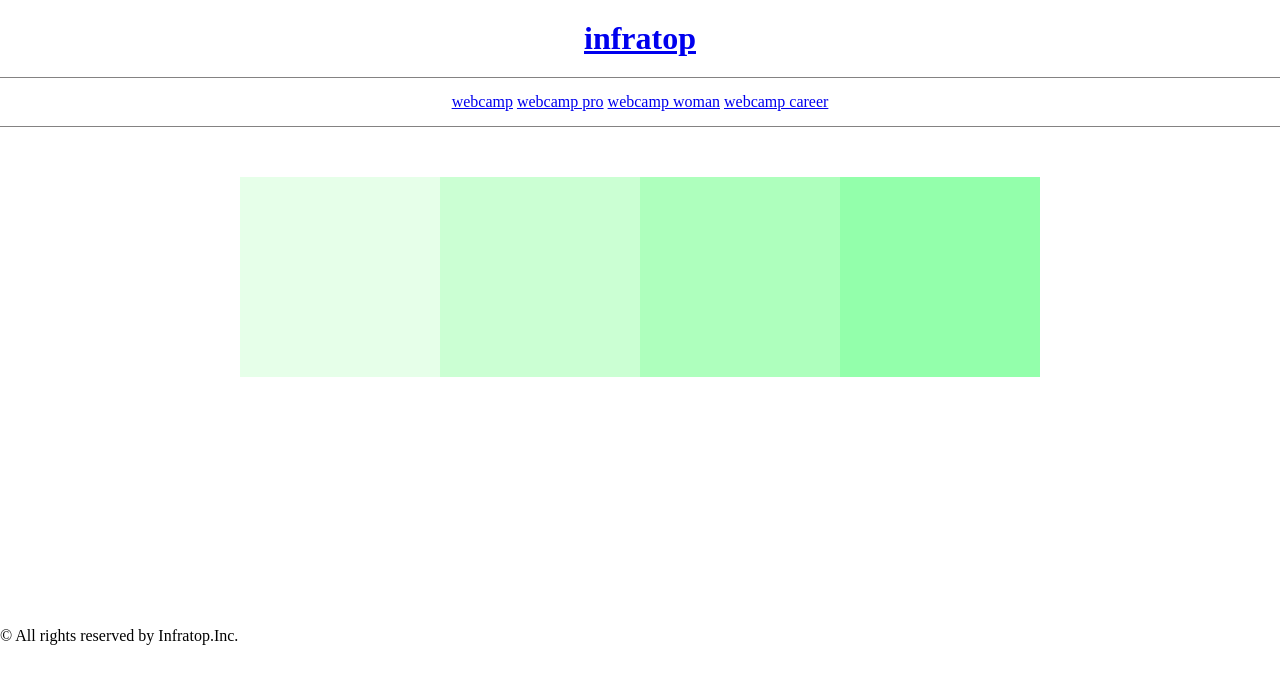
Repository: katayama-Web/html-practice
Page: chapter5_exsersize/chapter5_exesersize.html
The author's editor kept a record of every edit. The page is drawn from the files as they stood at one moment, then again after the next edit.
The browser window is 1280 px wide. The pictures show the whole page.

Above is the page before.

After the next edit:
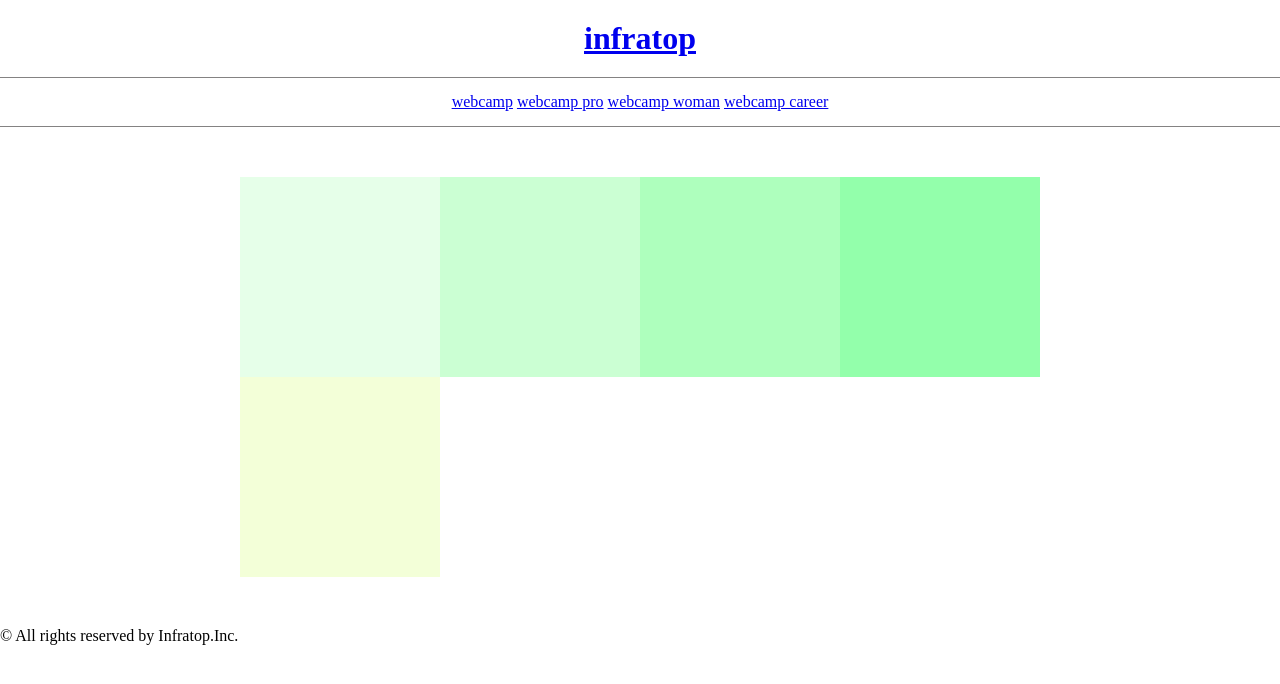
The edit:
--- a/chapter5_exsersize/chapter5_exsersize.css
+++ b/chapter5_exsersize/chapter5_exsersize.css
@@ -58,5 +58,11 @@
 .box5 {
   width: 200px;
   height: 200px;
+  background-color: #f3ffd8;
+}
+
+.box6 {
+  width: 200px;
+  height: 200px;
   background-color: #;
 }
